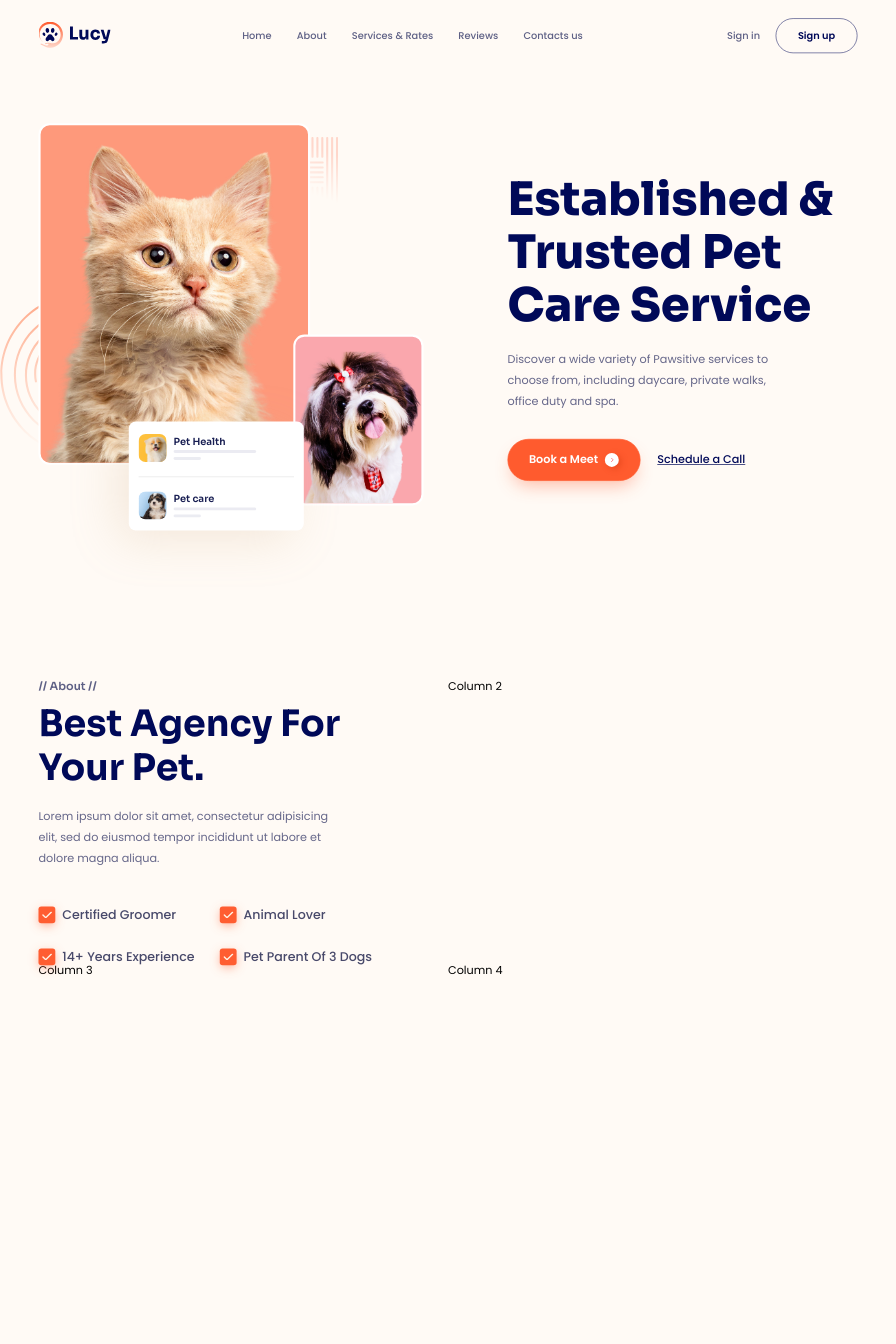
Repository: empty24062002/f8-project-05
Page: index.html
These files come from the project's save history. The page is drawn as it stood at one moment and after the next save; the edit follows.
The browser window is 1280 px wide. The pictures show the part of the page from y = 0 to 1920 px (the page is 10965 px tall), at 70% of full size.

Above is the page before, as saved 2023-09-11 10:07:08.

### index.html
<!DOCTYPE html>
<html lang="en">
    <head>
        <meta charset="UTF-8" />
        <meta name="viewport" content="width=device-width, initial-scale=1.0" />
        <title>Lucy</title>
        <!-- favicon -->
        <link
            rel="apple-touch-icon"
            sizes="57x57"
            href="./assets/favicon/apple-icon-57x57.png"
        />
        <link
            rel="apple-touch-icon"
            sizes="60x60"
            href="./assets/favicon/apple-icon-60x60.png"
        />
        <link
            rel="apple-touch-icon"
            sizes="72x72"
            href="./assets/favicon/apple-icon-72x72.png"
        />
        <link
            rel="apple-touch-icon"
            sizes="76x76"
            href="./assets/favicon/apple-icon-76x76.png"
        />
        <link
            rel="apple-touch-icon"
            sizes="114x114"
            href="./assets/favicon/apple-icon-114x114.png"
        />
        <link
            rel="apple-touch-icon"
            sizes="120x120"
            href="./assets/favicon/apple-icon-120x120.png"
        />
        <link
            rel="apple-touch-icon"
            sizes="144x144"
            href="./assets/favicon/apple-icon-144x144.png"
        />
        <link
            rel="apple-touch-icon"
            sizes="152x152"
            href="./assets/favicon/apple-icon-152x152.png"
        />
        <link
            rel="apple-touch-icon"
            sizes="180x180"
            href="./assets/favicon/apple-icon-180x180.png"
        />
        <link
            rel="icon"
            type="image/png"
            sizes="192x192"
            href="./assets/favicon/android-icon-192x192.png"
        />
        <link
            rel="icon"
            type="image/png"
            sizes="32x32"
            href="./assets/favicon/favicon-32x32.png"
        />
        <link
            rel="icon"
            type="image/png"
            sizes="96x96"
            href="./assets/favicon/favicon-96x96.png"
        />
        <link
            rel="icon"
            type="image/png"
            sizes="16x16"
            href="./assets/favicon/favicon-16x16.png"
        />
        <link rel="manifest" href="./assets/favicon/manifest.json" />
        <meta name="msapplication-TileColor" content="#ffffff" />
        <meta
            name="msapplication-TileImage"
            content="./assets/favicon/ms-icon-144x144.png"
        />
        <meta name="theme-color" content="#ffffff" />
        <!-- reset CSS -->
        <link rel="stylesheet" href="./assets/css/reset.css" />
        <!-- embed font -->
        <link rel="preconnect" href="https://fonts.googleapis.com" />
        <link rel="preconnect" href="https://fonts.gstatic.com" crossorigin />
        <link
            href="https://fonts.googleapis.com/css2?family=Poppins:wght@300;400;500;600&family=Sora:wght@600;700;800&display=swap"
            rel="stylesheet"
        />
        <!-- style css -->
        <link rel="stylesheet" href="./assets/css/styles.css" />
    </head>
    <body>
        <!-- header -->
        <header class="header">
            <div class="container">
                <div class="header__inner">
                    <!-- logo -->
                    <a href="#!">
                        <img
                            src="./assets/img/logo.svg"
                            alt="Lucy"
                            class="header__logo"
                        />
                    </a>
                    <!-- navbar -->
                    <nav class="navbar">
                        <ul class="navbar__list">
                            <li class="navbar__item">
                                <a href="#!" class="navbar__link"> Home </a>
                            </li>
                            <li class="navbar__item">
                                <a href="#!" class="navbar__link"> About </a>
                            </li>
                            <li class="navbar__item">
                                <a href="#!" class="navbar__link"
                                    >Services & Rates
                                </a>
                            </li>
                            <li class="navbar__item">
                                <a href="#!" class="navbar__link"> Reviews </a>
                            </li>
                            <li class="navbar__item">
                                <a href="#!" class="navbar__link">
                                    Contacts us
                                </a>
                            </li>
                        </ul>
                    </nav>
                    <!-- header action -->
                    <div class="header-action">
                        <a href="#!" class="header-action__link">Sign in</a>
                        <a href="#!" class="btn header-action__btn">Sign up</a>
                    </div>
                </div>
            </div>
        </header>
        <!-- hero -->
        <section class="hero">
            <div class="container">
                <div class="hero__inner">
                    <!-- hero media -->
                    <div class="hero__media">
                        <div class="hero__img-wrap">
                            <img
                                src="./assets/img/hero__img1.png"
                                alt=""
                                class="hero__img"
                            />

                            <!-- Decorators -->
                            <img
                                src="./assets/img/decor__01.svg"
                                alt=""
                                class="hero__decor hero__decor-left"
                            />
                            <img
                                src="./assets/img/decor__02.svg"
                                alt=""
                                class="hero__decor hero__decor-right"
                            />
                        </div>
                        <div class="hero__img-wrap hero__img-wrap-small">
                            <img
                                src="./assets/img/hero__img2.png"
                                alt=""
                                class="hero__img"
                            />
                        </div>

                        <div class="hero__list">
                            <!-- hero list item 1 -->
                            <section class="hero-list-item">
                                <img
                                    src="./assets/img/hero__img3.png"
                                    alt=""
                                    class="hero-list-item__thump"
                                />
                                <div class="hero-list-item__info">
                                    <p class="hero-list-item__title">
                                        Pet Health
                                    </p>
                                    <div class="hero-list-item__skeleton"></div>
                                    <div
                                        class="hero-list-item__skeleton"
                                        style="--width: 39px"
                                    ></div>
                                </div>
                            </section>

                            <div class="hero-list-item__separate"></div>
                            <!-- hero list item 2 -->
                            <section class="hero-list-item">
                                <img
                                    src="./assets/img/hero__img4.png"
                                    alt=""
                                    class="hero-list-item__thump"
                                />
                                <div class="hero-list-item__info">
                                    <p class="hero-list-item__title">
                                        Pet care
                                    </p>
                                    <div class="hero-list-item__skeleton"></div>
                                    <div
                                        class="hero-list-item__skeleton"
                                        style="--width: 39px"
                                    ></div>
                                </div>
                            </section>
                        </div>
                    </div>
                    <!-- hero content -->
                    <section class="hero__content">
                        <h1 class="hero__heading">
                            Established & Trusted Pet Care Service
                        </h1>
                        <p class="hero__desc">
                            Discover a wide variety of Pawsitive services to
                            choose from, including daycare, private walks,
                            office duty and spa.
                        </p>
                        <div class="hero__row">
                            <a href="#!" class="btn btn--primary hero__cta-btn">
                                Book a Meet
                                <span class="btn__icon">
                                    <svg
                                        width="5"
                                        height="6"
                                        viewBox="0 0 5 6"
                                        fill="none"
                                        xmlns="http://www.w3.org/2000/svg"
                                    >
                                        <path
                                            d="M1.48584 0.5L3.98584 3L1.48584 5.5"
                                            stroke="#FD5056"
                                            stroke-linecap="round"
                                            stroke-linejoin="round"
                                        />
                                    </svg>
                                </span>
                            </a>
                            <a href="#!" class="hero__cta-link">
                                Schedule a Call
                            </a>
                        </div>
                    </section>
                </div>
            </div>
        </section>
        <main style="height: 10000px">
            <!-- about -->
            <section class="about">
                <div class="container">
                    <div class="about__inner">
                        <section class="about__content">
                            <p class="about__lable">// About //</p>
                            <h2 class="about__heading section-heading">
                                Best Agency For Your Pet.
                            </h2>
                            <p class="about__desc section-desc">
                                Lorem ipsum dolor sit amet, consectetur
                                adipisicing elit, sed do eiusmod tempor
                                incididunt ut labore et dolore magna aliqua.
                            </p>
                            <div class="about__checklist">
                                <span class="about__check-item">
                                    Certified Groomer
                                </span>
                                <span class="about__check-item">
                                    Animal Lover
                                </span>
                                <span class="about__check-item">
                                    14+ Years Experience
                                </span>
                                <span class="about__check-item">
                                    Pet Parent Of 3 Dogs
                                </span>
                            </div>
                        </section>
                        <div class="about__media">Column 2</div>
                        <div class="about__media">Column 3</div>
                        <section class="about__content">Column 4</section>
                    </div>
                </div>
            </section>
        </main>
    </body>
</html>

### assets/css/styles.css
* {
    box-sizing: border-box;
}

:root {
    --primary-color: #ff5b2e;
}

html {
    font-size: 62.5%;
}

body {
    font-size: 1.6rem;
    font-family: "Poppins", sans-serif;
    background: #fffaf5;
}

/* common */

h1,
h2,
h3,
h4,
h5,
h6 {
    font-family: "Sora", sans-serif;
}

input,
textarea,
select,
button {
    font-size: inherit;
    font-family: inherit;
}

a {
    text-decoration: none;
}

.container {
    width: 1170px;
    max-width: calc(100% - 48px);
    margin: 0 auto;
}

.btn {
    --height: 56px;

    display: inline-flex;
    align-items: center;
    justify-content: center;
    min-width: 130px;
    height: var(--height);
    line-height: var(--height);
    border: 1px solid rgb(0, 9, 88, 0.7);
    border-radius: 99px;
    color: #000958;
    text-align: center;
    font-size: 1.4rem;
    font-weight: 600;
}

.btn:hover {
    opacity: 0.8;
    cursor: pointer;
}

.btn--primary {
    background: var(--primary-color);
    color: #fff;
    border-color: var(--primary-color);
}

.btn__icon {
    display: flex;
    justify-content: center;
    align-items: center;
    margin-left: 10px;
    width: 20px;
    height: 20px;
    border-radius: 50%;
    background-color: #fff;
    box-shadow: 4px 3px 10px -1px rgba(191, 41, 0, 0.4);
}

.section-heading {
    color: #000958;
    font-family: "Sora", sans-serif;
    font-size: 5.2rem;
    font-weight: 700;
    line-height: 1.19;
}

.section-desc {
    margin-top: 24px;
    color: #656689;
    font-size: 1.6rem;
    font-weight: 400;
    line-height: 1.87; /* 187.5% */
}

/* header */
.header {
    padding: 26px 0;
}

.header__inner {
    display: flex;
    justify-content: space-between;
    align-items: center;
}

.navbar__list {
    display: flex;
}

.navbar__link,
.header-action__link {
    padding: 8px 18px;
    color: #5e6085;
    font-size: 1.4rem;
    font-weight: 500;
    line-height: 1; /* 100% */
}

.navbar__link:hover {
    color: #000958;
    text-shadow: 1px 0 0 currentColor;
}

.header-action__btn {
    --height: 50px;

    min-width: 117px;
}

/* hero */
.hero {
    margin-top: 74px;
}

.hero__inner {
    display: flex;
    justify-content: space-between;
    align-items: center;
    column-gap: 120px;
}

.hero__media {
    display: flex;
    position: relative;
    padding-bottom: 94px;
}

.hero__img-wrap {
    position: relative;
    display: flex;
    justify-content: center;
    align-items: flex-end;
    width: 388px;
    height: 488px;
    border: 3px solid #fff;
    border-radius: 16px;
    background: #fe997b;
}

.hero__img {
    max-width: 100%;
    max-height: 100%;
    border-radius: inherit;
}

.hero__decor {
    position: absolute;
    z-index: -1;
}

.hero__decor-left {
    left: -58px;
    bottom: 10px;
}

.hero__decor-right {
    top: 16px;
    right: -43px;
}

.hero__img-wrap-small {
    align-self: flex-end;
    width: 186px;
    height: 244px;
    margin: 0 0 -58px -24px;
    border: 2px solod #f7dddf;
    background: #faa7ad;
}

.hero__list {
    position: absolute;
    left: 129px;
    bottom: 0;
    width: 250px;
    height: 156px;
    padding: 18px 14px;
    border-radius: 10px;
    background: #fff;
    box-shadow: -17px 14px 68px -4px rgba(207, 174, 132, 0.25);
}

.hero-list-item {
    display: flex;
    align-items: center;
}

.hero-list-item:nth-of-type(2) .hero-list-item__thump {
    background-color: #c6e2fa;
}

.hero-list-item__thump {
    width: 40px;
    height: 40px;
    border-radius: 10px;
    object-fit: cover;
    background: #fec23f;
}

.hero-list-item__info {
    margin-left: 10px;
}

.hero-list-item__title {
    color: #181e52;
    font-family: "Sora", sans-serif;
    font-size: 1.4rem;
    font-weight: 600;
    line-height: 1;
}

.hero-list-item__separate {
    margin: 20px 0;
    width: 100%;
    height: 2px;
    background: #f2f2f2;
}

.hero-list-item__skeleton {
    margin-top: 6px;
    width: var(--width, 118px);
    height: 4px;
    border-radius: 10px;
    opacity: 0.08;
    background: #000958;
}

.hero__heading {
    color: #000958;
    font-size: 6.6rem;
    font-weight: 800;
    line-height: 1.15; /* 115.152% */
}

.hero__desc {
    width: 391px;
    margin-top: 24px;
    color: #656689;
    font-size: 1.6rem;
    font-weight: 400;
    line-height: 1.88;
}

.hero__row {
    display: flex;
    align-items: center;
    margin-top: 38px;
}

.hero__cta-btn {
    --height: 60px;

    min-width: 190px;
    font-size: 1.6rem;
    box-shadow: 0px 13px 26px -8px rgba(255, 91, 46, 0.42);
}

.hero__cta-link {
    margin-left: 24px;
    color: #000958;
    font-size: 1.6rem;
    font-weight: 500;
    line-height: 1;
    text-decoration: underline;
}
/* about */
.about {
    margin-top: 207px;
    padding: 8px 0;
}

.about__inner {
    display: grid;
    grid-template-columns: 1fr 1fr;
}

.about__lable {
    color: #5e6085;
    font-family: "Sora", sans-serif;
    font-size: 1.6rem;
    font-weight: 600;
    line-height: 1;
}

.about__heading {
    margin-top: 15px;
}

.about__heading,
.about__desc {
    width: 444px;
}

.about__checklist {
    display: grid;
    grid-template-columns: auto auto;
    justify-content: flex-start;
    gap: 36px;
    margin-top: 54px;
}

.about__check-item {
    position: relative;
    display: flex;
    align-items: center;
    column-gap: 10px;
    color: #48496a;
    font-size: 1.8rem;
    font-weight: 500;
    line-height: 1;
}

.about__check-item::before {
    content: "";
    display: inline-block;
    width: 24px;
    height: 24px;
    background: #ff5d31;
    box-shadow: 0px 4px 15px -3px #ff5d31b0;
    border-radius: 4px;
}

.about__check-item::after {
    content: url(../icons/check-item.svg);
    position: absolute;
    top: 2px;
    left: 5px;
}

.about__card {
    width: 136px;
    border-radius: 10px;
    background: #5bd6e2;
    box-shadow: -15px 26px 48px 0px rgba(85, 240, 255, 0.17);
}

Loaded but not shown: assets/css/reset.css (common file)

After the next save:
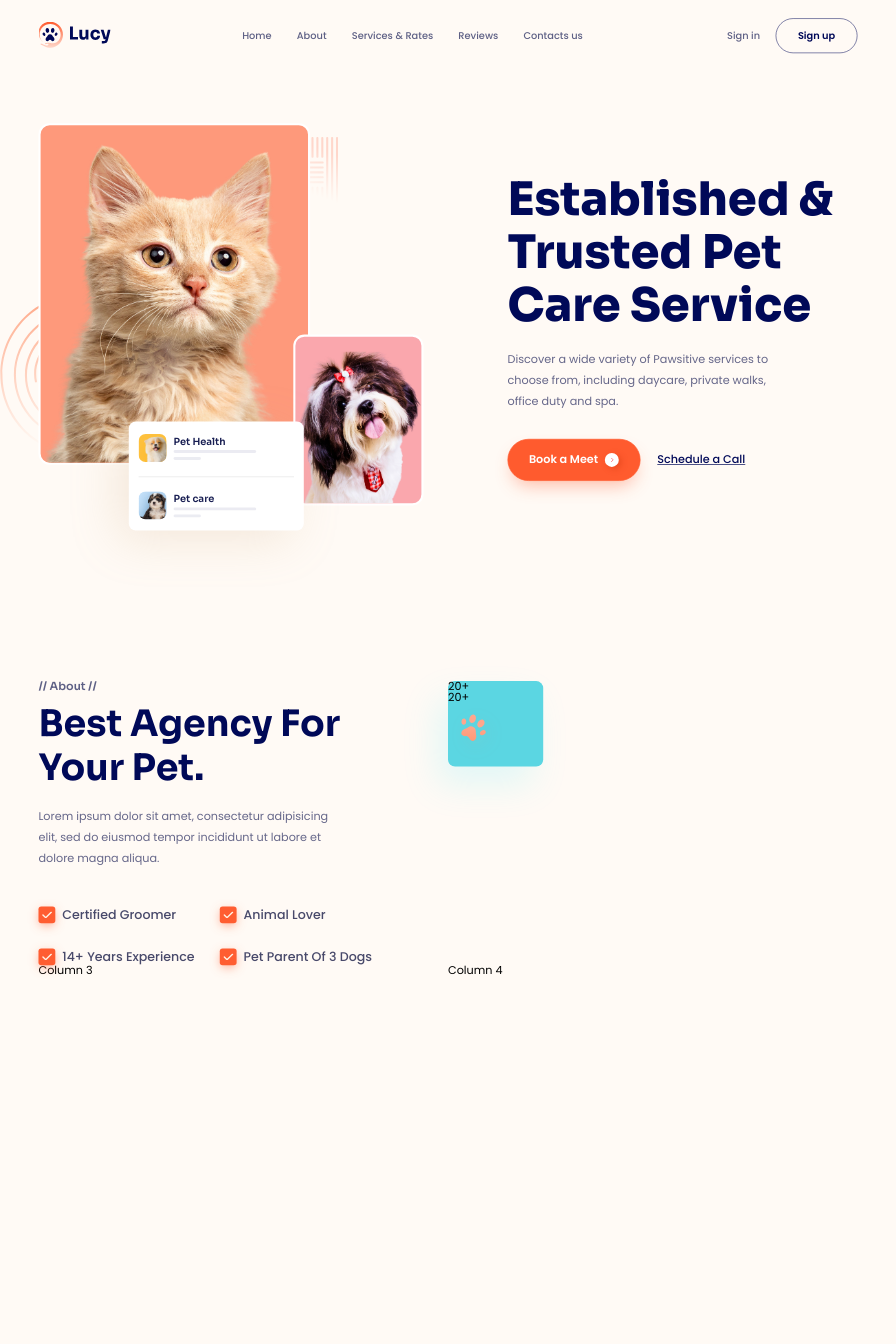
Saved 10 s later.
--- a/index.html
+++ b/index.html
@@ -280,7 +280,18 @@
                                 </span>
                             </div>
                         </section>
-                        <div class="about__media">Column 2</div>
+                        <div class="about__media">
+                            <!-- About card -->
+                            <div class="about__card">
+                                <b class="about__card-title">20+</b>
+                                <p class="about__card-desc">20+</p>
+                                <img
+                                    src="./assets/img/about-decor1.svg"
+                                    alt=""
+                                    class="about__card-decor"
+                                />
+                            </div>
+                        </div>
                         <div class="about__media">Column 3</div>
                         <section class="about__content">Column 4</section>
                     </div>
